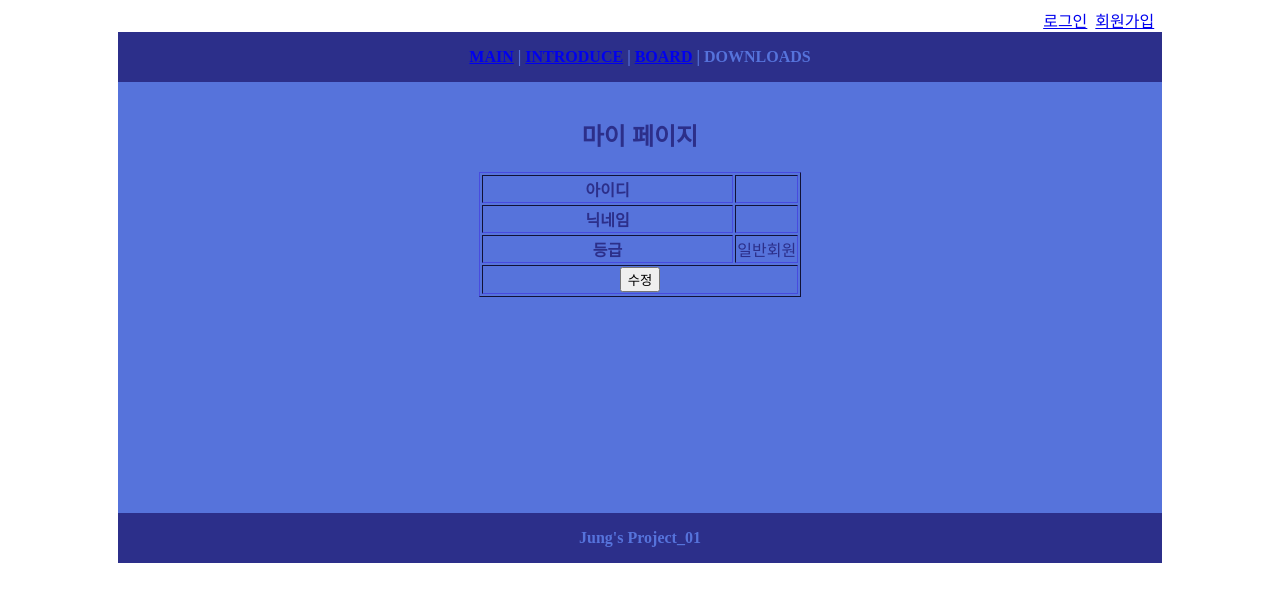
Repository: asas6306/Jungs_
Page: http://localhost/Board-Project1/WEB-INF/JSP/mypage.jsp
An editor plug-in stored every save of this project. The page is shown before and after the next save, followed by the edit.
The browser window is 1280 px wide. The pictures show the whole page.
The page is served by Tomcat 9. Nobody is signed in. Other server files are loaded and not shown. The template is opened directly, without the code that normally fills it, so the values that code supplies are empty.

Above is the page before, as saved 2021-01-14 08:13:15.

### Board-Project1/WebContent/WEB-INF/JSP/mypage.jsp
<%@ page language="java" contentType="text/html; charset=UTF-8"
    pageEncoding="UTF-8"%>
<jsp:include page="/layout/header.jsp" />

<table border="1" class="table">
	<caption>
		<h2>마이 페이지</h2>
	</caption>
	<tr>
		<th width="80%">아이디</th>
		<td>${m.ID}</td>
	</tr>
	<tr>
		<th>닉네임</th>
		<td>${m.nickname}</td>
	</tr>
	<tr>
		<th>등급</th>
		<td>${m.mng ? "관리자" : "일반회원"}</td>
	</tr>
	<tr>
		<td colspan="2" align="center"><input type="button" value="수정"
			onclick="location.href='/Board-Project1/member.do?action=PWcheck'">
		</td>
	</tr>
</table>

<jsp:include page="/layout/footer.jsp" />

### Board-Project1/WebContent/layout/header.jsp
<%@ page language="java" contentType="text/html; charset=UTF-8"
	pageEncoding="UTF-8"%>
<%@ taglib prefix="c" uri="http://java.sun.com/jsp/jstl/core" %>
<!DOCTYPE html>
<html>
<head>
<meta charset="UTF-8">
<title>Jung's Board Project_01</title>
<link rel="stylesheet" type="text/css" href="/Board-Project1/layout/layout.css">
</head>
<body>
	<div align="center">
		<div style="width: 82%" align="right">
			<c:choose>
				<c:when test="${m.state}">
				<a>${m.nickname}님 환영합니다!</a>&nbsp
					<a href="/Board-Project1/member.do?action=doLogout">로그아웃</a>&nbsp
					<a href="/Board-Project1/member.do?action=mypage">마이페이지</a>&nbsp
				</c:when>
				<c:when test="${!m.state}">
					<a href="/Board-Project1/member.do?action=login">로그인</a>&nbsp
					<a href="/Board-Project1/member.do?action=signup">회원가입</a>&nbsp
				</c:when>
			</c:choose>
		</div>
		<div class="header" align="center">
		<a href="/Board-Project1/main.do">MAIN</a>
		 |
		<a href="/Board-Project1/main.do?action=introduce">INTRODUCE</a>
		 |
		<a href="/Board-Project1/article.do?action=list">BOARD</a>
		 |
		DOWNLOADS
		</div>
	<div class="main" align="center">
		<!-- haeder -->

### Board-Project1/WebContent/layout/footer.jsp

<!-- footer -->
</div>
<div class="footer" align="center">Jung's Project_01</div>
</div>
</body>
</html>

### Board-Project1/WebContent/layout/layout.css
@charset "UTF-8";

.headertop {
	width: 80%;
}

.header, .footer {
	width: 80%;
	padding: 1em;
	background: #2C2F8A;
	color: #5673DB;
	font: sans-serif;
	font-weight: bold;
}

.main {
	width: 80%;
	padding: 1em;
	min-height: 400px;
	padding-top: 15px;
	background: #5673DB;
	color: #BADCF5;
}

.table {
	border: 2px thin;
	border-color: #2C2F8A;
	font: sans-serif;
	font-style: normal;
	color: #2C2F8A;
}

After the next save:
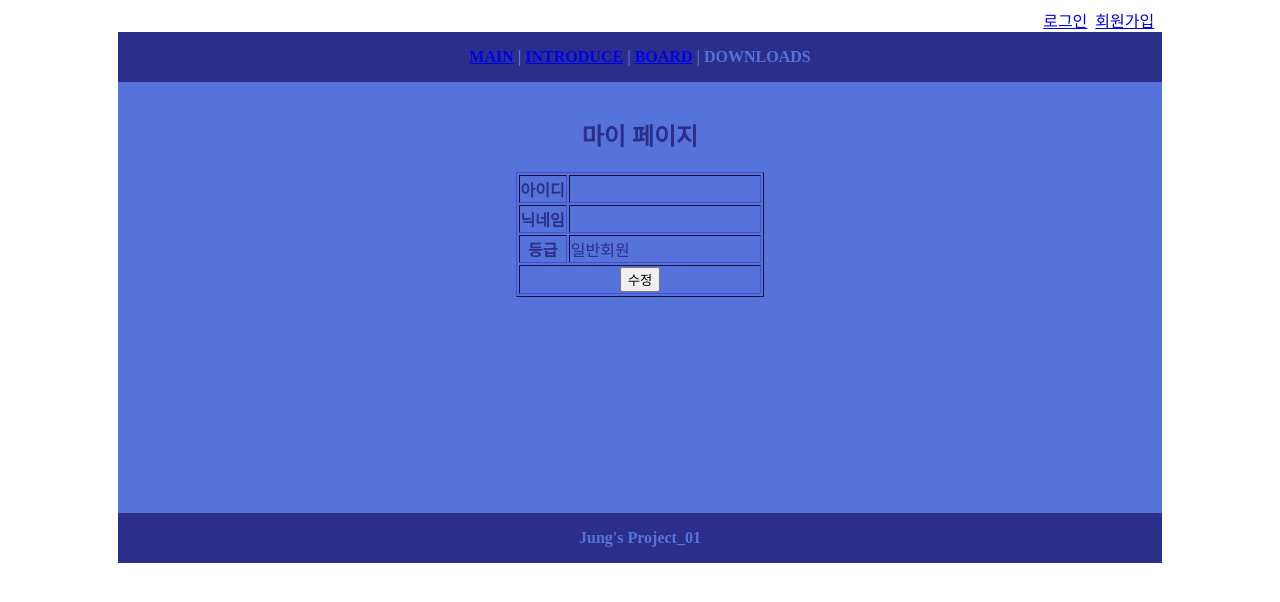
Saved 8 s later.
--- a/Board-Project1/WebContent/WEB-INF/JSP/mypage.jsp
+++ b/Board-Project1/WebContent/WEB-INF/JSP/mypage.jsp
@@ -7,7 +7,7 @@
 		<h2>마이 페이지</h2>
 	</caption>
 	<tr>
-		<th width="80%">아이디</th>
+		<th width="20%">아이디</th>
 		<td>${m.ID}</td>
 	</tr>
 	<tr>
